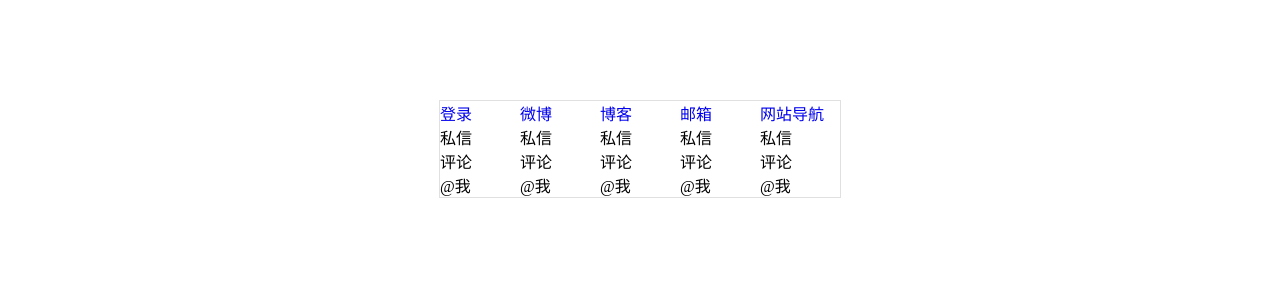
Repository: Sky0258/study
Page: js/新浪下拉框.html
An editor plug-in stored every save of this project. The page is shown before and after the next save, followed by the edit.
The browser window is 1280 px wide. The pictures show the whole page.

Above is the page before, as saved 2022-09-11 16:16:34.

### js/新浪下拉框.html
<!DOCTYPE html>
<html lang="en">

<head>
    <meta charset="UTF-8">
    <meta http-equiv="X-UA-Compatible" content="IE=edge">
    <meta name="viewport" content="width=device-width, initial-scale=1.0">
    <title>Document</title>
</head>
<style>
    * {
        padding: 0;
        margin: 0;
    }
    li {
        list-style: none;
    }
    a {
        text-decoration: none;
    }
    .tab {
        margin: 100px auto;
        width: 400px;
        border: 1px solid #e0e0e0;
    }
    .tab > ul {
        width: 100%;
        display: flex;
    }
    .tab > ul > li {
        flex: 1;
    }
</style>
<body>
    <div class="tab">
        <ul>
            <li>
                <a href="#">登录</a>
                <ul>
                    <li>私信</li>
                    <li>评论</li>
                    <li>@我</li>
                </ul>
            </li>
            <li>
                <a href="#">微博</a>
                <ul>
                    <li>私信</li>
                    <li>评论</li>
                    <li>@我</li>
                </ul>
            </li>
            <li>
                <a href="#">博客</a>
                <ul>
                    <li>私信</li>
                    <li>评论</li>
                    <li>@我</li>
                </ul>
            </li>
            <li>
                <a href="#">邮箱</a>
                <ul>
                    <li>私信</li>
                    <li>评论</li>
                    <li>@我</li>
                </ul>
            </li>
            <li>
                <a href="#">网站导航</a>
                <ul>
                    <li>私信</li>
                    <li>评论</li>
                    <li>@我</li>
                </ul>
            </li>
        </ul>
    </div>
</body>

</html>

After the next save:
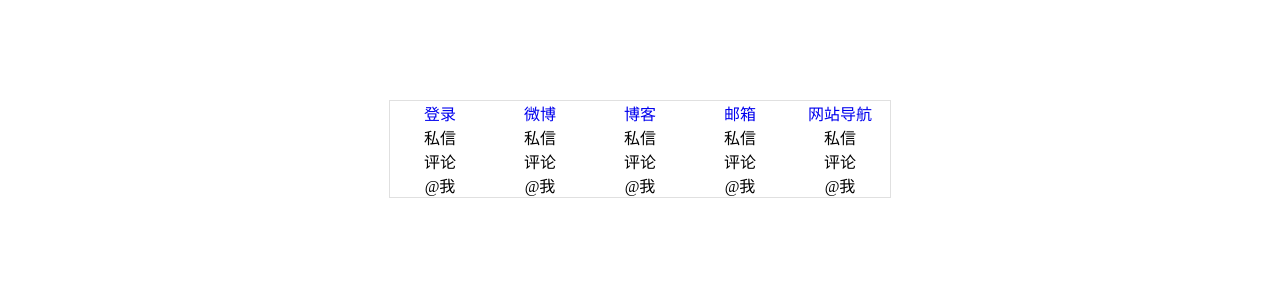
Saved 24 s later.
--- a/js/新浪下拉框.html
+++ b/js/新浪下拉框.html
@@ -20,7 +20,7 @@
     }
     .tab {
         margin: 100px auto;
-        width: 400px;
+        width: 500px;
         border: 1px solid #e0e0e0;
     }
     .tab > ul {
@@ -29,6 +29,7 @@
     }
     .tab > ul > li {
         flex: 1;
+        text-align: center;
     }
 </style>
 <body>
